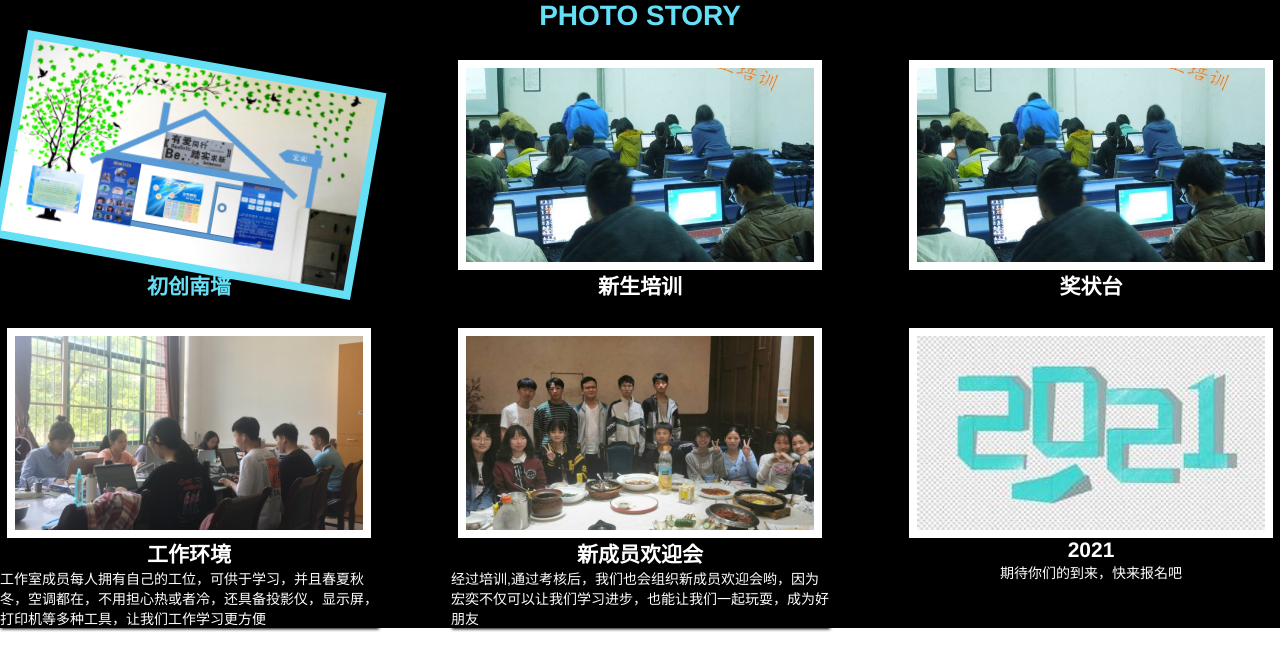
Repository: Homyit20/website
Page: /#/photo
These files come from the project's save history. The page is drawn as it stood at one moment and after the next save; the edit follows.
The browser window is 1280 px wide. The pictures show the whole page.
The project was rebuilt for these pictures with package versions that can differ from the ones it lists, and the page was loaded fresh each time. Also part of the build but not shown: vue.config.js.

Above is the page before, as saved 2021-08-10 16:38:34.

After the next save:
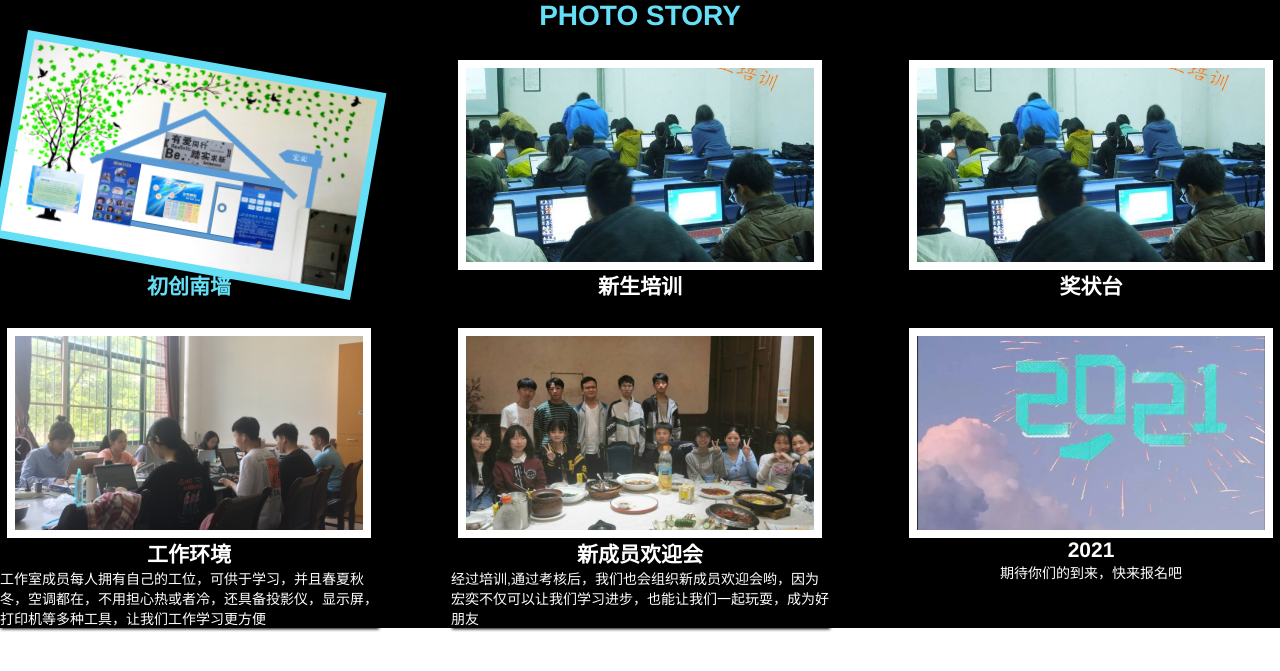
Saved 6 min 23 s later.
--- a/src/views/photo.vue
+++ b/src/views/photo.vue
@@ -28,7 +28,7 @@
         <p>经过培训,通过考核后，我们也会组织新成员欢迎会哟，因为宏奕不仅可以让我们学习进步，也能让我们一起玩耍，成为好朋友</p>
       </div>
       <div class="photo-content-img">
-        <img src="../assets/techlogin/images/2021.jpg" @click="phototojoin()">
+        <img src="../assets/techlogin/images/2021.png" @click="phototojoin()">
         <h2>2021</h2>
         <p>期待你们的到来，快来报名吧</p>
       </div>
